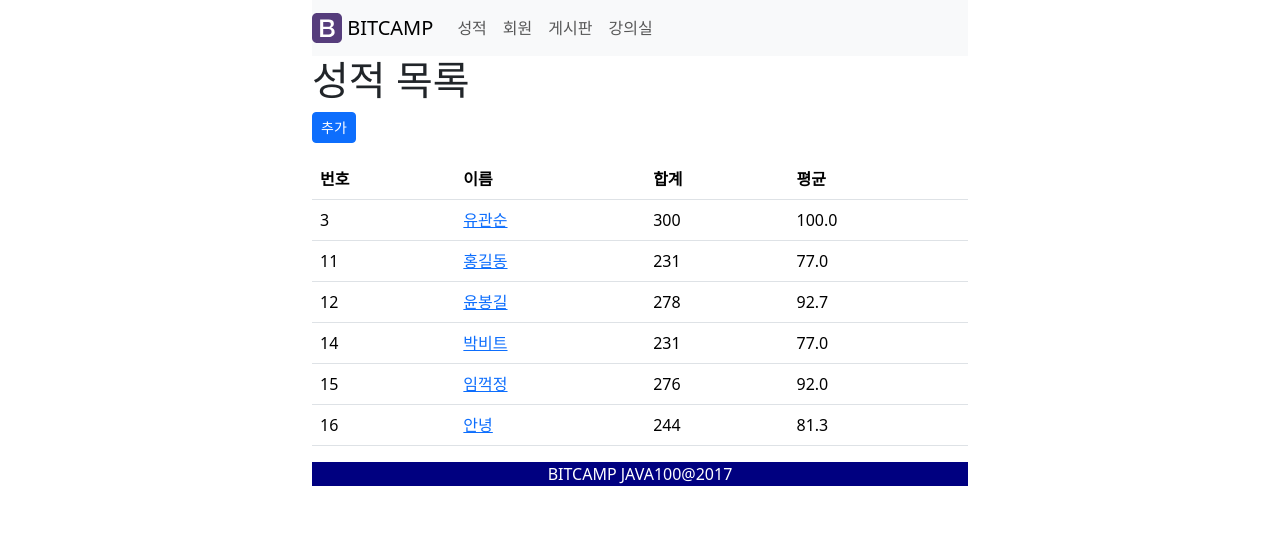
Repository: soso1525/bitcamp
Page: http://localhost/java-project/score/list.jsp
The author's editor kept a copy of each file at every save. The page is drawn from the files as they stood at one save, then again after a run of saves.
The browser window is 1280 px wide. The pictures show the whole page.
Some web libraries are served in a nearby version. The page is served by Tomcat 9. Nobody is signed in. The application's start-up code is not run.

Above is the page before, as saved 2017-12-14 08:16:17.

After the next 2 saves:
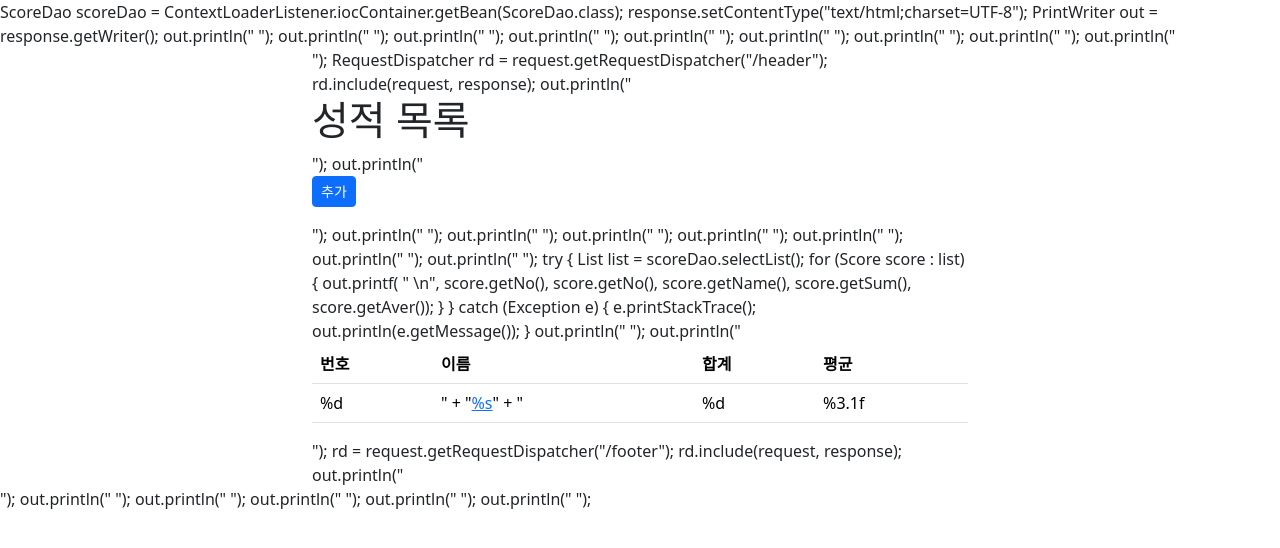
The 2 saves are shown as one change because they came seconds apart.
The last was saved 17 min 13 s later.
--- a/java-project/src/main/webapp/score/list.jsp
+++ b/java-project/src/main/webapp/score/list.jsp
@@ -1,97 +1,77 @@
 <%@ page language="java" contentType="text/html; charset=UTF-8"
 	pageEncoding="UTF-8" trimDirectiveWhitespaces="true"%>
 
+ScoreDao scoreDao =
+ContextLoaderListener.iocContainer.getBean(ScoreDao.class);
+response.setContentType("text/html;charset=UTF-8"); PrintWriter out =
+response.getWriter(); out.println("
 <!DOCTYPE html>
+"); out.println("
 <html>
+"); out.println("
 <head>
-<title>성적관리</title>
+"); out.println("
+<title>성적관리</title>"); out.println("
 <link rel='stylesheet'
 	href='../node_modules/bootstrap/dist/css/bootstrap.min.css'>
+"); out.println("
 <link rel='stylesheet' href='../css/common.css'>
+"); out.println("
 </head>
+"); out.println("
 <body>
+	"); out.println("
 	<div class='container'>
-		<header>
-			<nav class='navbar navbar-expand-lg navbar-light bg-light'>
-				<a class='navbar-brand' href='../index.html'> <img
-					src='../images/bootstrap-solid.svg' width='30' height='30'
-					class='d-inline-block align-top' alt=''> BITCAMP
-				</a>
-				<button class='navbar-toggler' type='button' data-toggle='collapse'
-					data-target='#navbarNav' aria-controls='navbarNav'
-					aria-expanded='false' aria-label='Toggle navigation'>
-					<span class='navbar-toggler-icon'></span>
-				</button>
-				<div class='collapse navbar-collapse' id='navbarNav'>
-					<ul class='navbar-nav'>
-						<li class='nav-item'><a class='nav-link' href='../score/list'>성적</a>
-						</li>
-						<li class='nav-item'><a class='nav-link'
-							href='../member/list'>회원</a></li>
-						<li class='nav-item'><a class='nav-link' href='../board/list'>게시판</a>
-						</li>
-						<li class='nav-item'><a class='nav-link' href='../room/list'>강의실</a>
-						</li>
-					</ul>
-				</div>
-			</nav>
-		</header>
+		"); RequestDispatcher rd = request.getRequestDispatcher("/header");
+		rd.include(request, response); out.println("
 		<h1>성적 목록</h1>
+		"); out.println("
 		<p>
 			<a href='form.jsp' class='btn btn-primary btn-sm'>추가</a>
 		</p>
+		"); out.println("
 		<table class='table table-hover'>
+			"); out.println("
 			<thead>
+				"); out.println("
 				<tr>
+					"); out.println("
 					<th>번호</th>
 					<th>이름</th>
 					<th>합계</th>
-					<th>평균</th>
+					<th>평균</th>"); out.println("
 				</tr>
+				"); out.println("
 			</thead>
+			"); out.println("
 			<tbody>
+				"); try { List
+				<Score> list = scoreDao.selectList(); for (Score score :
+				list) { out.printf( "
 				<tr>
-					<td>3</td>
-					<td><a href='view?no=3'>유관순</a></td>
-					<td>300</td>
-					<td>100.0</td>
+					<td>%d</td>
+					<td>" + "<a href='view?no=%d'>%s</a>" + "
+					</td>
+					<td>%d</td>
+					<td>%3.1f</td>
 				</tr>
-				<tr>
-					<td>11</td>
-					<td><a href='view?no=11'>홍길동</a></td>
-					<td>231</td>
-					<td>77.0</td>
-				</tr>
-				<tr>
-					<td>12</td>
-					<td><a href='view?no=12'>윤봉길</a></td>
-					<td>278</td>
-					<td>92.7</td>
-				</tr>
-				<tr>
-					<td>14</td>
-					<td><a href='view?no=14'>박비트</a></td>
-					<td>231</td>
-					<td>77.0</td>
-				</tr>
-				<tr>
-					<td>15</td>
-					<td><a href='view?no=15'>임꺽정</a></td>
-					<td>276</td>
-					<td>92.0</td>
-				</tr>
-				<tr>
-					<td>16</td>
-					<td><a href='view?no=16'>안녕</a></td>
-					<td>244</td>
-					<td>81.3</td>
-				</tr>
+				\n", score.getNo(), score.getNo(), score.getName(), score.getSum(),
+				score.getAver()); } } catch (Exception e) { e.printStackTrace();
+				out.println(e.getMessage()); } out.println("
 			</tbody>
+			"); out.println("
 		</table>
-		<footer> BITCAMP JAVA100@2017 </footer>
+		"); rd = request.getRequestDispatcher("/footer"); rd.include(request,
+		response); out.println("
 	</div>
+	"); out.println("
 	<script src='../node_modules/jquery/dist/jquery.slim.min.js'></script>
+	"); out.println("
 	<script src='../node_modules/popper.js/dist/umd/popper.min.js'></script>
+	"); out.println("
 	<script src='../node_modules/bootstrap/dist/js/bootstrap.min.js'></script>
+	"); out.println("
 </body>
+"); out.println("
 </html>
+");
